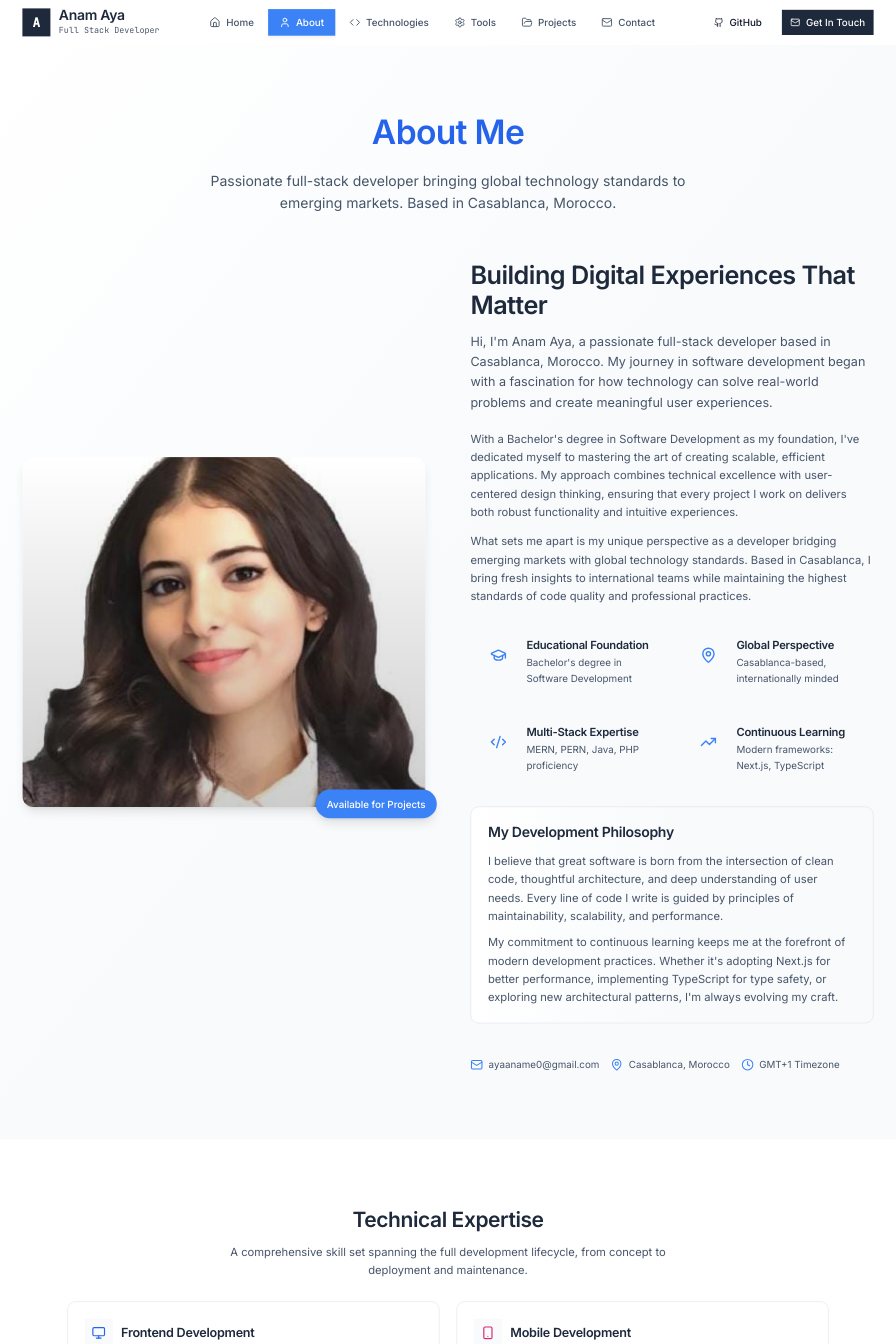
Repository: ayaaas/portflio_aya
Page: /about-me-personal-narrative
An editor plug-in stored every save of this project. The page is shown before and after the next save, followed by the edit.
The browser window is 1280 px wide. The pictures show the part of the page from y = 0 to 1920 px (the page is 4280 px tall), at 70% of full size.
The project was rebuilt for these pictures with package versions that can differ from the ones it lists, and the page was loaded fresh each time. Also part of the build but not shown: vite.config.mjs, src/components/ErrorBoundary.jsx, src/pages/hero-section-developer-portfolio/components/ProfileImage.jsx, src/pages/hero-section-developer-portfolio/components/AnimatedText.jsx, src/pages/hero-section-developer-portfolio/components/HeroContent.jsx, src/pages/hero-section-developer-portfolio/components/BackgroundPattern.jsx, src/pages/hero-section-developer-portfolio/components/ScrollIndicator.jsx, src/pages/hero-section-developer-portfolio/index.jsx and 23 more.

Above is the page before, as saved 2025-07-20 01:06:40.

After the next save:
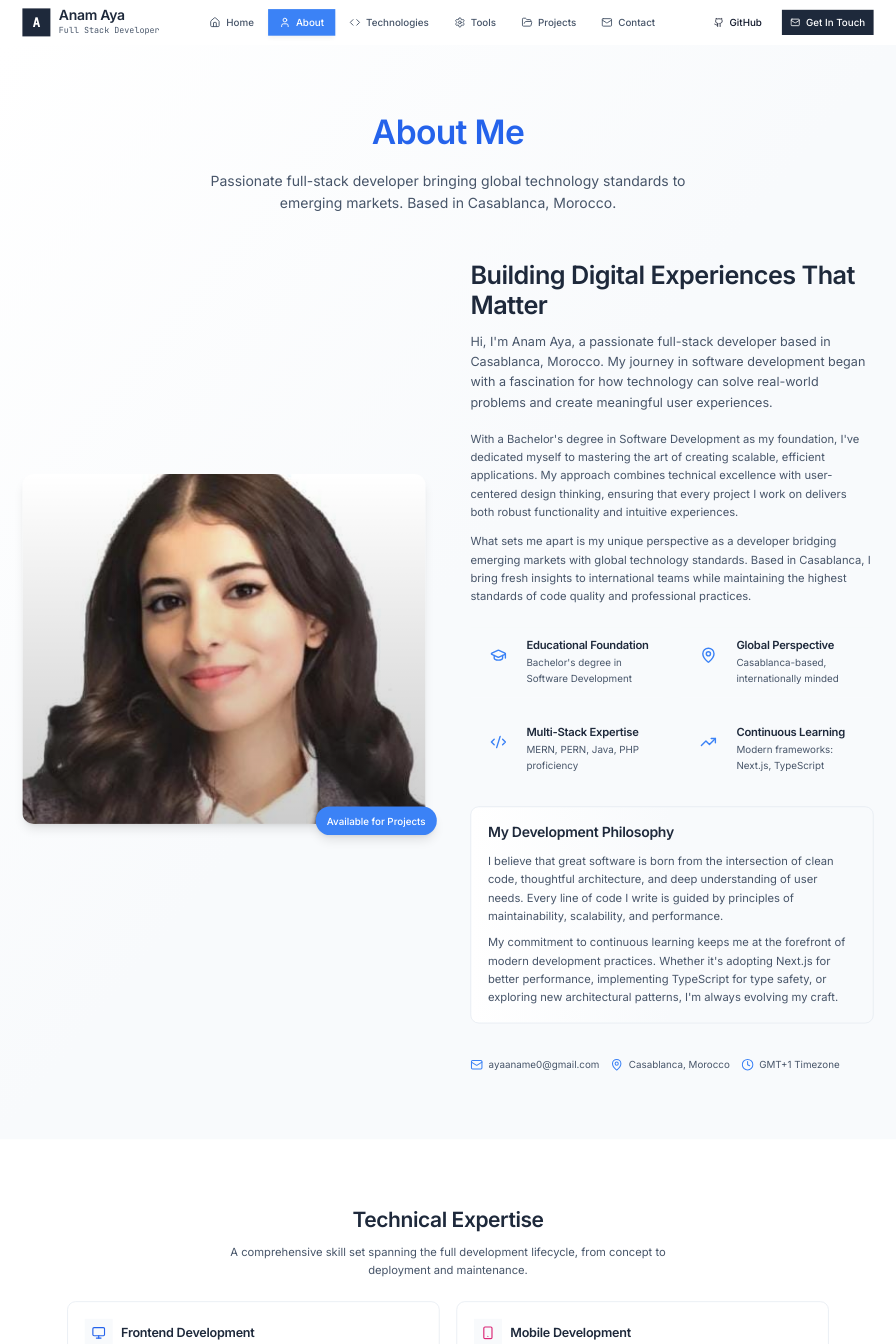
Saved 21 s later.
--- a/src/pages/about-me-personal-narrative/index.jsx
+++ b/src/pages/about-me-personal-narrative/index.jsx
@@ -81,7 +81,7 @@
               </div>
               <div className="grid grid-cols-1 lg:grid-cols-2 gap-12 lg:gap-16 items-center">
                 {/* Profile Image */}
-                <div className="order-2 lg:order-1 -mt-24">
+                <div className="order-2 lg:order-1 -mt-12">
                   <ProfileImage />
                 </div>
 

After the save that followed:
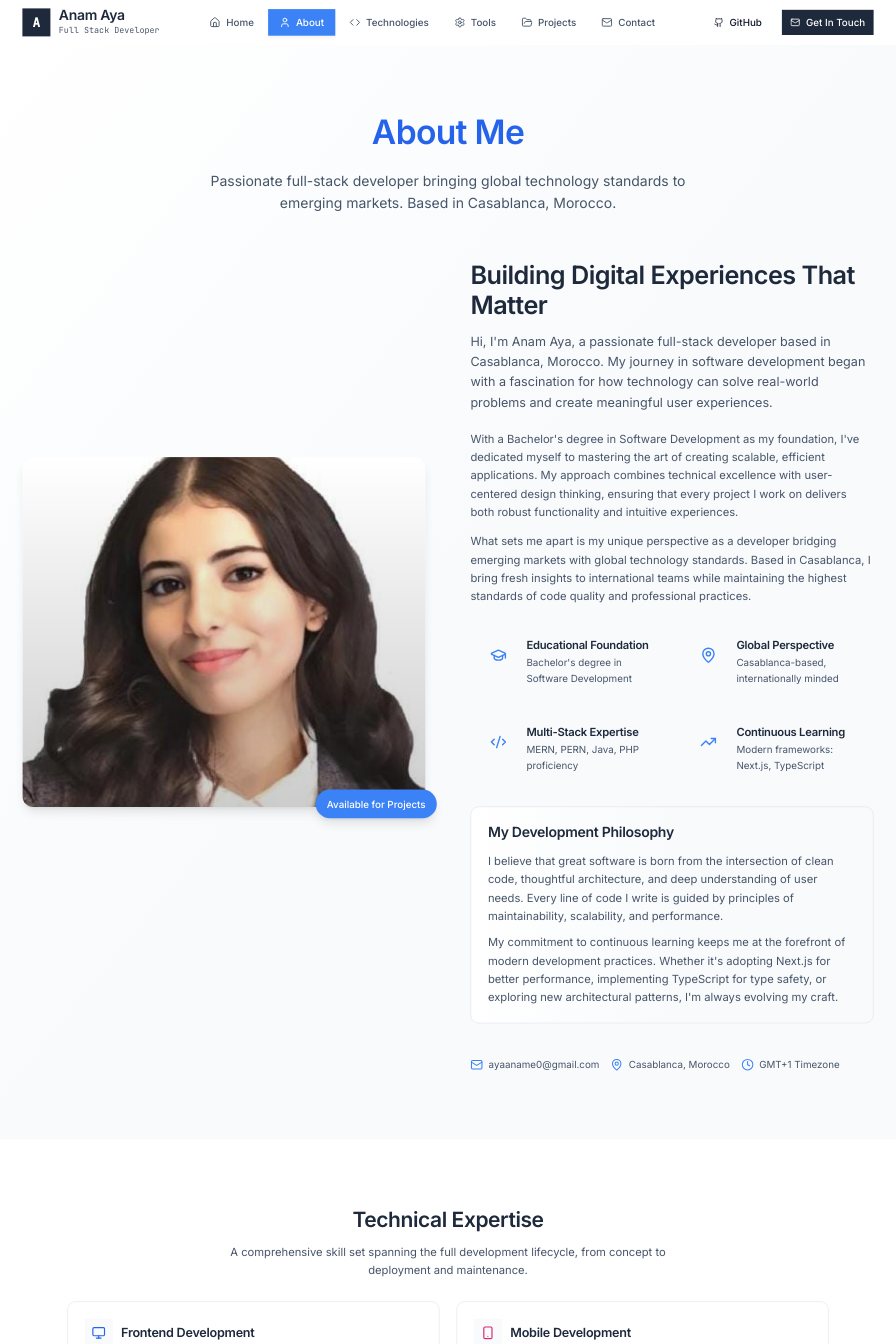
Saved 8 s later.
--- a/src/pages/about-me-personal-narrative/index.jsx
+++ b/src/pages/about-me-personal-narrative/index.jsx
@@ -81,7 +81,7 @@
               </div>
               <div className="grid grid-cols-1 lg:grid-cols-2 gap-12 lg:gap-16 items-center">
                 {/* Profile Image */}
-                <div className="order-2 lg:order-1 -mt-12">
+                <div className="order-2 lg:order-1 -mt-24">
                   <ProfileImage />
                 </div>
 
